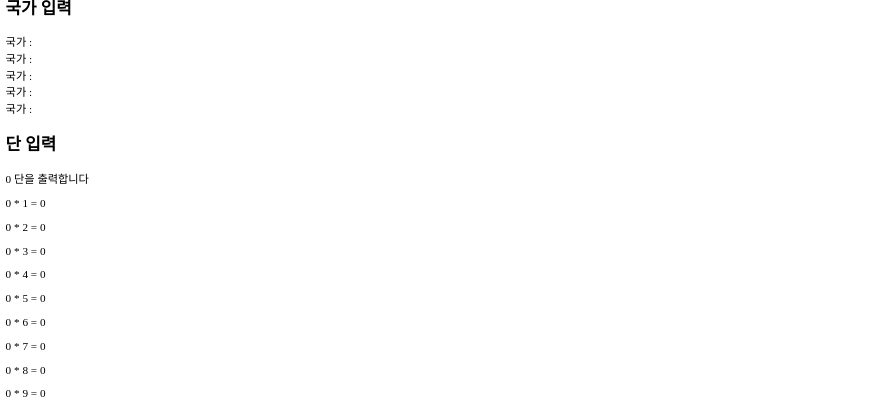
Repository: Jh1227/JSP
Page: http://localhost/13_JSTL/ex06_forEach.jsp
An editor plug-in stored every save of this project. The page is shown before and after the next save, followed by the edit.
The browser window is 1280 px wide. The pictures show the part of the page from y = 634 to 2554 px (the page is 1222 px tall before and 3644 px after), at 70% of full size.
The page is served by Tomcat 9. Other server files are loaded and not shown.

Above is the page before, as saved 2023-04-11 03:19:01.

### 13_JSTL/src/main/webapp/ex06_forEach.jsp

<!-- ex06_forEach.jsp -->

<%@ page language="java" contentType="text/html; charset=UTF-8"
    pageEncoding="UTF-8"%>
<%@ taglib prefix ="c" uri ="http://java.sun.com/jsp/jstl/core" %>
<!DOCTYPE html>
<html>
<head>
<meta charset="UTF-8">
<title>ex06_forEach.jsp</title>
</head>
<body>
	<h1>forEach</h1>
	<%--
		# <c:forEach> : for 문을 대체하는 태그입니다
		- <c:forEach var ="변수명" begin ="시작값" end ="마지막값" step ="증가값"/>
		  <c:forEach var ="변수명" items ="컬렉션 or 배열"/>
	--%>
	<h2>일반 forEach</h2>
	<c:forEach var ="i" begin ="1" end ="5" step ="1">
		<p>i : ${i }</p>
	</c:forEach>
	<br>

	<h2>향상된 forEach</h2>
	<%
		String[] colors = { "red", "green", "blue", "orange", "black" };
	%>
	<c:forEach var ="stn" items ="<%=colors %>">
		<span style= "color:${stn}">${stn }</span>
	</c:forEach>
	<br>

	<h2>varStatus</h2>
	<table border ="1">
		<c:forEach var ="stn" items ="<%=colors %>" varStatus ="check">
			<tr>
				<td> count : ${check.count } </td>
				<td> index : ${check.index } </td>
				<td> current : ${check.current } </td>
				<td> first : ${check.first } </td>
				<td> last : ${check.last } </td>
			</tr>
		</c:forEach>
	</table>

	<h2>국가 입력</h2>
	국가 : ${ paramValues.country[0] } <br>
	국가 : ${ paramValues.country[1] } <br>
	국가 : ${ paramValues.country[2] } <br>
	국가 : ${ paramValues.country[3] } <br>
	국가 : ${ paramValues.country[4] } <br>

	<h2>단 입력</h2>
	<c:forEach var ="dan"  begin ="${dan }" end ="${dan }">
	<c:out value ="${dan } 단을 출력합니다"/>
		<c:forEach var ="i" begin ="1" end ="9">
			<p>${dan } * ${i } = ${dan*i }</p>
		</c:forEach>
	</c:forEach>
</body>
</html>

After the next save:
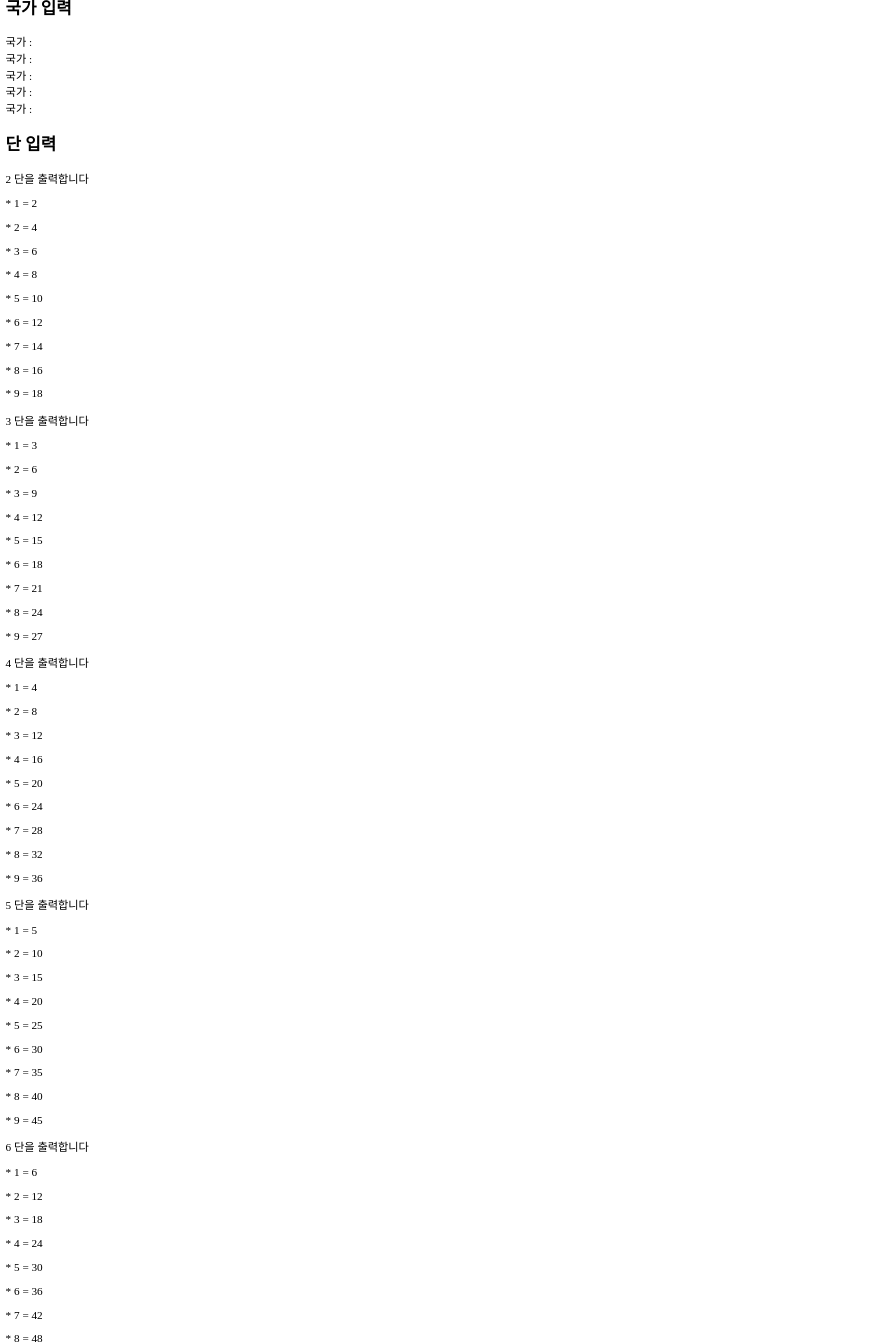
Saved 73 s later.
--- a/13_JSTL/src/main/webapp/ex06_forEach.jsp
+++ b/13_JSTL/src/main/webapp/ex06_forEach.jsp
@@ -53,10 +53,10 @@
 	국가 : ${ paramValues.country[4] } <br>
 
 	<h2>단 입력</h2>
-	<c:forEach var ="dan"  begin ="${dan }" end ="${dan }">
+	<c:forEach var ="dan"  begin ="2" end ="9">
 	<c:out value ="${dan } 단을 출력합니다"/>
 		<c:forEach var ="i" begin ="1" end ="9">
-			<p>${dan } * ${i } = ${dan*i }</p>
+			<p>${param.dan } * ${i } = ${dan*i }</p>
 		</c:forEach>
 	</c:forEach>
 </body>
